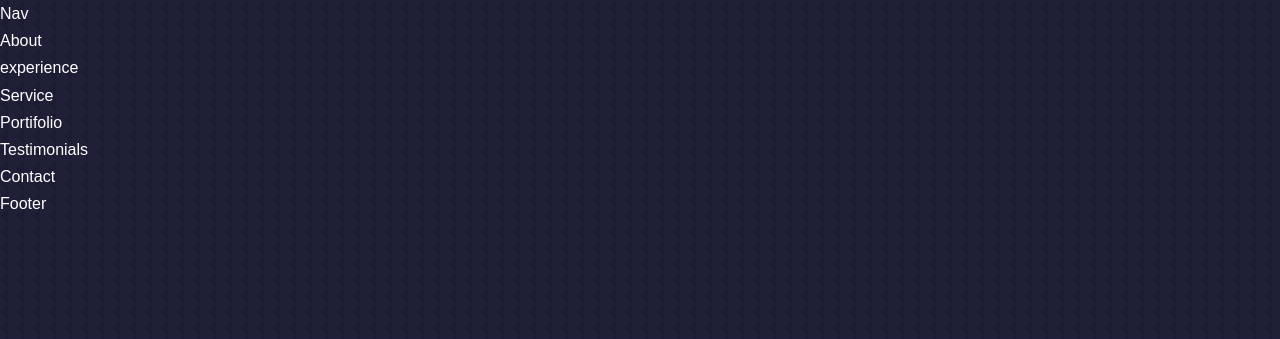
Repository: YuriSarmanho/Portifolio-
Page: / (app in portifolio/)
The author's editor kept a copy of each file at every save. The page is drawn from the files as they stood at one save, then again after a run of saves.
The browser window is 1280 px wide. The pictures show the whole page.
The project was rebuilt for these pictures with package versions that can differ from the ones it lists, and the page was loaded fresh each time. Also part of the build but not shown: portifolio/src/Components/Header/Header.css.

Above is the page before, as saved 2022-05-11 16:02:32.

After the next 4 saves:
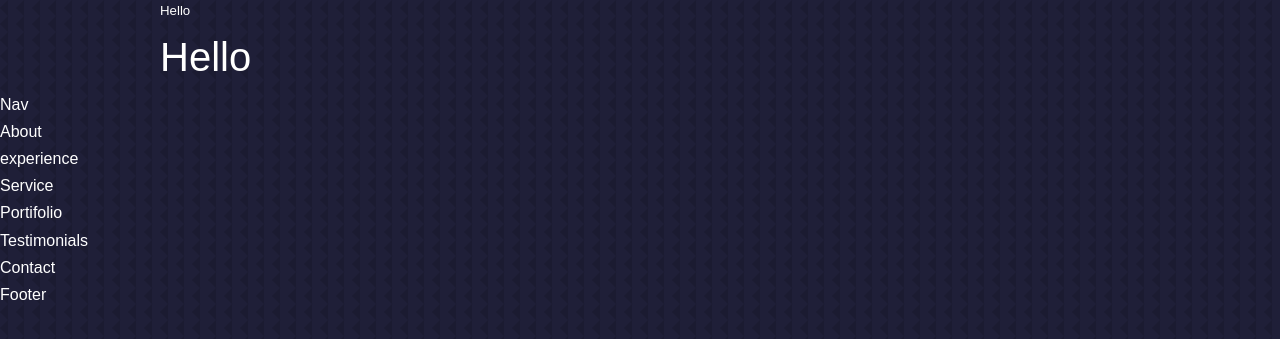
The 4 saves are shown as one change because they came seconds apart.
The last was saved 20 s later.
--- a/portifolio/src/Components/Header/Header.jsx
+++ b/portifolio/src/Components/Header/Header.jsx
@@ -4,7 +4,8 @@
   return (
     <header>
       <div className="container header__container">
-
+        <h5>Hello</h5>
+        <h1>Hello</h1>
       </div>
     </header>
   )
